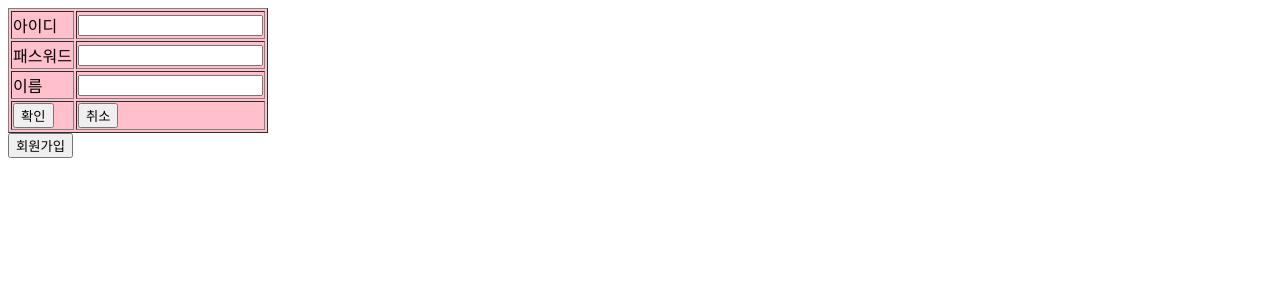
Repository: SongHyeSun/JSP
Page: http://localhost/och11/sessionMember/loginForm.jsp
The author's editor kept a copy of each file at every save. The page is drawn from the files as they stood at one save, then again after the next save.
The browser window is 1280 px wide. The pictures show the whole page.
The page is served by Tomcat 9.

Above is the page before, as saved 2024-07-19 01:43:13.

After the next save:
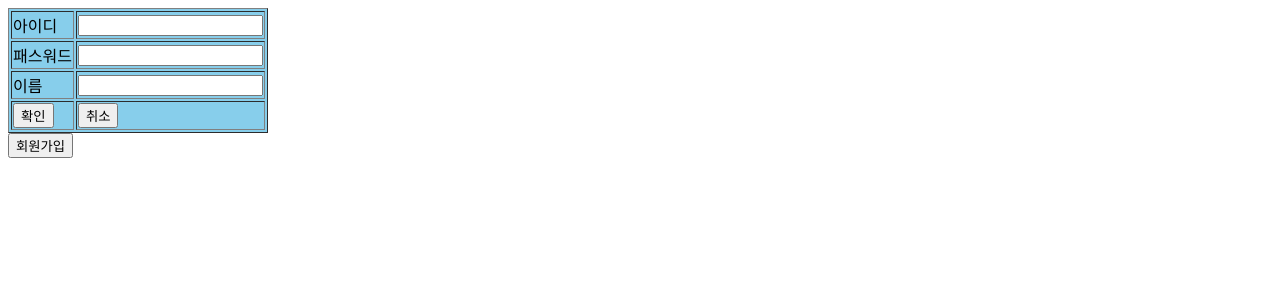
Saved 12 s later.
--- a/jspSrc17/och11/src/main/webapp/sessionMember/loginForm.jsp
+++ b/jspSrc17/och11/src/main/webapp/sessionMember/loginForm.jsp
@@ -6,7 +6,7 @@
 <meta charset="UTF-8">
 <title>Insert title here</title>
 <style type="text/css">
-	table {background-color: pink;}
+	table {background-color: skyblue;}
 	tr:hover {background-color: red;}
 </style>
 </head>
